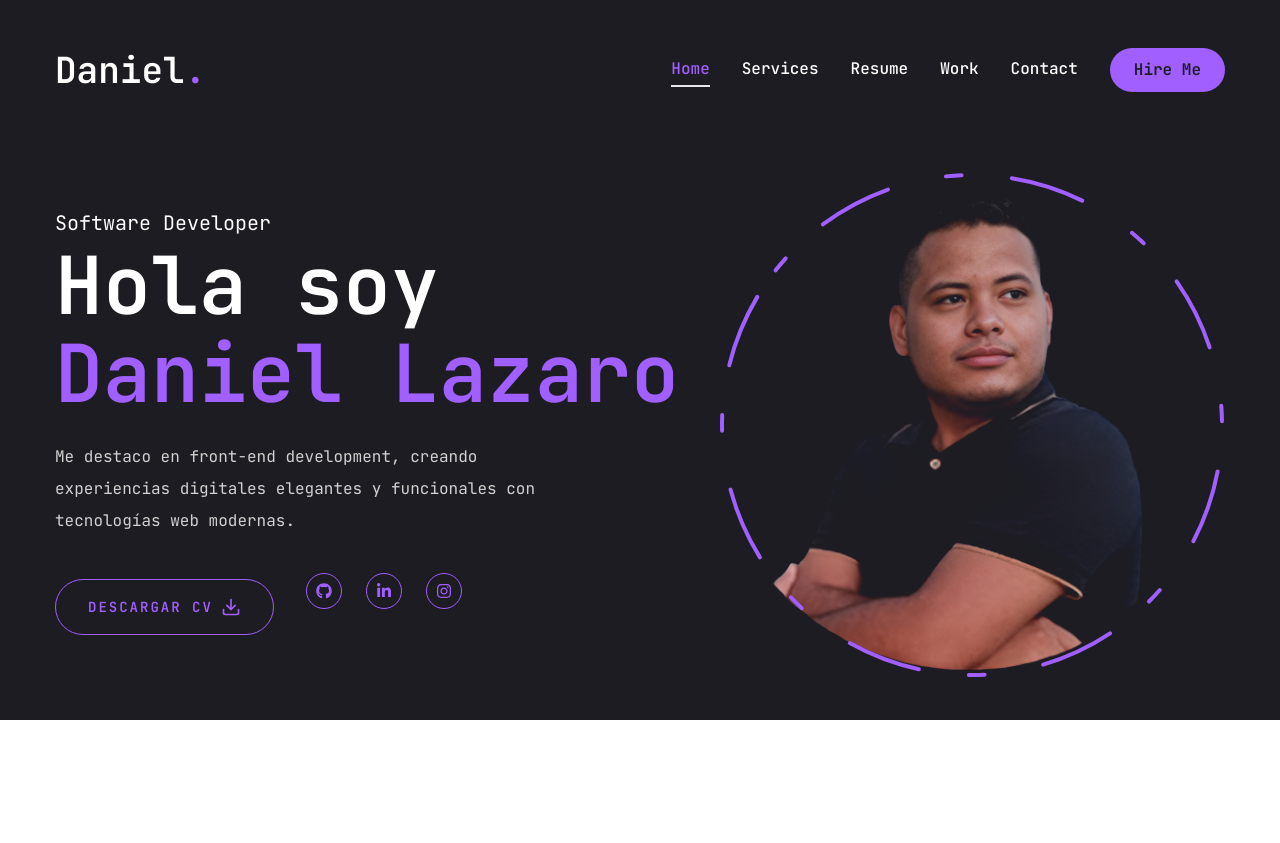
Repository: itsDarkos/Daniel-Portfolio
Page: /
An editor plug-in stored every save of this project. The page is shown before and after the next save, followed by the edit.
The browser window is 1280 px wide. The pictures show the whole page.
The project was rebuilt for these pictures with package versions that can differ from the ones it lists, and the page was loaded fresh each time. The framework's server and built-in components were replaced by stand-ins that run in the browser. Also part of the build but not shown: next.config.mjs.

Above is the page before, as saved 2025-01-04 19:17:48.

After the next save:
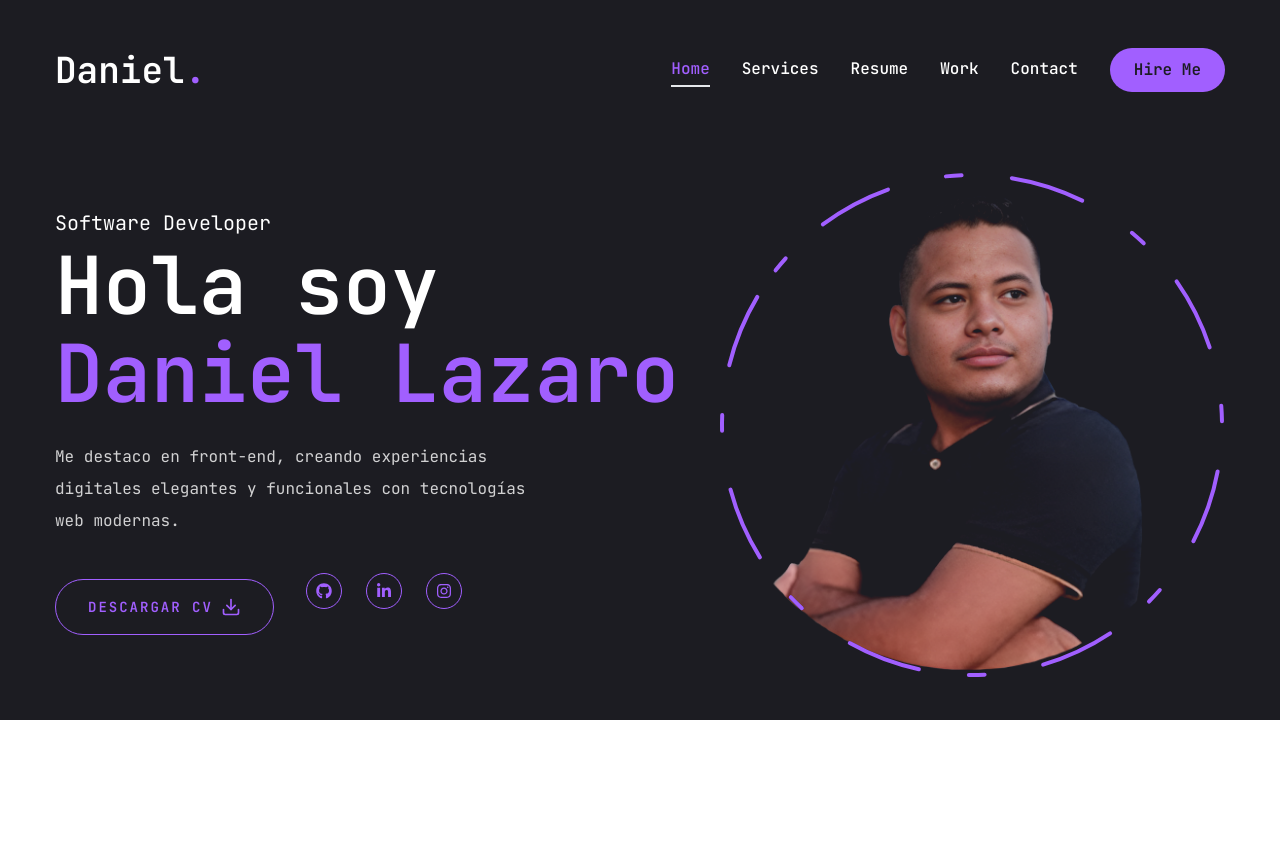
Saved 28 s later.
--- a/app/page.jsx
+++ b/app/page.jsx
@@ -18,7 +18,7 @@ const Home = () => {
               Hola soy <br /> <span className="text-accent">Daniel Lazaro</span>
             </h1>
             <p className="max-w-[500px] mb-9 text-white/80">
-              Me destaco en front-end development, creando experiencias
+              Me destaco en front-end, creando experiencias
               digitales elegantes y funcionales con tecnologías web modernas.
             </p>
             {/* btn and socials */}
